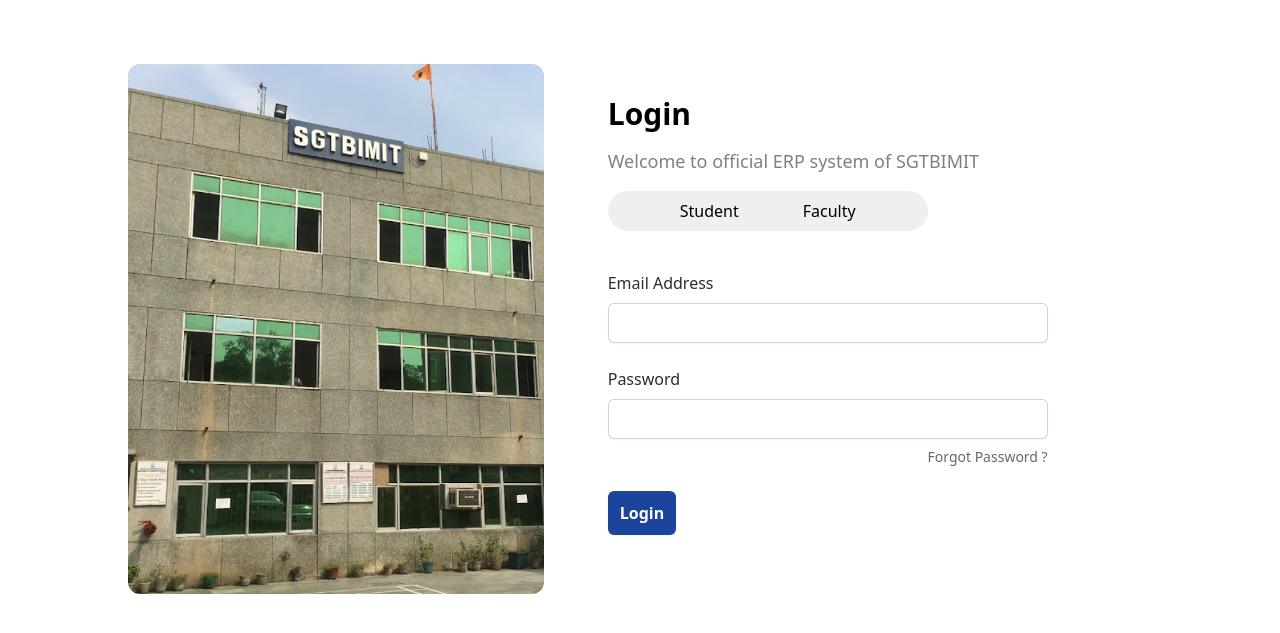
Repository: SehajBindra/SGTBIMIT-ERP-Client
Page: /StudentLogin
An editor plug-in stored every save of this project. The page is shown before and after the next save, followed by the edit.
The browser window is 1280 px wide. The pictures show the whole page.
The project was rebuilt for these pictures with package versions that can differ from the ones it lists, and the page was loaded fresh each time. Also part of the build but not shown: src/LOGIN/Login.js, src/LOGIN/FACULTY/FacultyLogin.js, src/STUDENT_PAGE/StuBody.js, src/STUDENT_PAGE/StuSidebar.js, src/STUDENT_PAGE/StuHeader.js, src/STUDENT_PAGE/StudentHome.js, src/FACULTY_PAGE/FacBody.js, src/FACULTY_PAGE/FacHeader.js and 2 more.

Above is the page before, as saved 2023-05-14 16:45:36.

### src/App.js
import React from 'react';
import { BrowserRouter as Router, Routes, Route } from "react-router-dom";
import './App.css';
import Login from './LOGIN/Login';
import StudentLogin from './LOGIN/STUDENT/StudentLogin';
import FacultyLogin from './LOGIN/FACULTY/FacultyLogin';
import StuBody from './STUDENT_PAGE/StuBody';
import StudentHome from './STUDENT_PAGE/StudentHome';
import StuSidebar from './STUDENT_PAGE/StuSidebar';
import StuHeader from './STUDENT_PAGE/StuHeader';
import FacBody from './FACULTY_PAGE/FacBody';
import FacHeader from './FACULTY_PAGE/FacHeader';
import FacSidebar from './FACULTY_PAGE/FacSidebar';
import FacultyHome from './FACULTY_PAGE/FacultyHome';
function App() {
  return (
    <div className="App">
      <Router>
        <Routes>
        <Route exact path="/" element={<Login />}></Route>
        <Route exact path="StudentLogin" element={<StudentLogin/>}></Route>
        <Route exact path="FacultyLogin" element={<FacultyLogin/>}></Route>
        <Route exact path="StuBody" element={<StuBody/>}></Route>
        <Route exact path="StuSidebar" element={<StuSidebar/>}></Route>
        <Route exact path="StuHeader" element={<StuHeader/>}></Route>
        <Route exact path="StudentHome" element={<StudentHome/>}></Route>
        <Route exact path="FacBody" element={<FacBody/>}></Route>
        <Route exact path="FacHeader" element={<FacHeader/>}></Route>
        <Route exact path="FacSidebar" element={<FacSidebar/>}></Route>
        <Route exact path="FacultyHome" element={<FacultyHome/>}></Route>
        </Routes>
      </Router>
    </div>
  );
}

export default App;

### src/LOGIN/STUDENT/StudentLogin.js
import React, { useEffect, useState } from "react";
import VisibilityIcon from "@mui/icons-material/Visibility";
import VisibilityOffIcon from "@mui/icons-material/VisibilityOff";

const StudentLogin = () => {
  const [translate, setTranslate] = useState(false);
  const [username, setUsername] = useState("");
  const [password, setPassword] = useState("");
  const [showPassword, setShowPassword] = useState(false);
  const [loading] = useState(false);

  useEffect(() => {
    setTimeout(() => {
      setTranslate(true);
    }, 1000);
  }, []);

  return (
    <div className=" flex flex-row h-[530px] my-16 max-w-5xl mx-auto ">
      <div className=" flex-col flex  ">
        <img
          className="hidden md:inline h-[530px] object-cover rounded-xl"
          src="/sgtb.jpg"
          alt="banner_image"
        />
      </div>

      <div className="bg-white text-left flex  ml-16 flex-col my-8">
        <h2 className="text-3xl  font-semibold">Login</h2>
        <p className="text-[#7F8087] text-[18px] my-4">
          Welcome to official ERP system of SGTBIMIT
        </p>

        <div
          className="flex  flex-row items-center  justify-center h-10 text-[#
            1B449C] bg-[#EEEE] max-w-xs  space-x-16 capitalize text-[16px] rounded-[32px]"
        >
          <p>student</p>
          <p className="">faculty</p>
        </div>

        <div>
          <div className="mt-10 text-[16px] capitalize  sm:w-full sm:max-w-sm">
            <form className="space-y-6" action="#" method="POST">
              <div>
                <label className="block text-left  font-normal leading-6 text-[#2D2D2D]">
                  Email address
                </label>
                <div className="mt-2">
                  <input
                    id="email"
                    name="email"
                    type="email"
                    autoComplete="email"
                    required
                    className="block w-[440px] rounded-md border-0 py-2 text-gray-900 shadow-sm ring-1 ring-inset ring-gray-300 placeholder:text-gray-400 focus:ring-2 focus:ring-inset focus:ring-indigo-600 sm:text-sm sm:leading-6"
                  />
                </div>
              </div>

              <div>
                <div className="flex items-center justify-between">
                  <label
                    htmlFor="password"
                    className="block  font-normal leading-6 text-[#2D2D2D]"
                  >
                    Password
                  </label>
                </div>
                <div className="mt-2">
                  <input
                    id="password"
                    name="password"
                    type="password"
                    autoComplete="current-password"
                    required
                    className="block w-[440px] rounded-md border-0 py-2 text-gray-900 shadow-sm ring-1 ring-inset ring-gray-300 placeholder:text-gray-400 focus:ring-2 focus:ring-inset focus:ring-indigo-600 sm:text-sm sm:leading-6"
                  />
                </div>
                <div className="text-sm text-right w-[440px] my-2">
                  <a
                    href="#"
                    className=" font-medium text-black/60 hover:text-black/60"
                  >
                    Forgot password ?
                  </a>
                </div>
              </div>

              <div>
                <button
                  type="submit"
                  className="flex w-38 justify-center rounded-md bg-[#1B449C] px-3 py-2.5 text-[16px] font-semibold leading-6 text-white shadow-sm hover:bg-indigo-500 focus-visible:outline focus-visible:outline-2 focus-visible:outline-offset-2 focus-visible:outline-indigo-600"
                >
                  Login
                </button>
              </div>
            </form>
          </div>
        </div>
      </div>
    </div>
  );
};

export default StudentLogin;

### src/LOGIN/Login.css
*{
    margin: 0;
    padding: 0;
}
.display{
    min-height: 100vh;
    width: 100%;
    background-image: url("back.jpg");
    background-repeat: no-repeat;
    background-size: cover;
    background-position: center;
    position: relative;

}

Loaded but not shown: public/index.html (common file); src/index.js (common file); src/index.css (common file); src/App.css (common file); tailwind.config.js (common file)

After the next save:
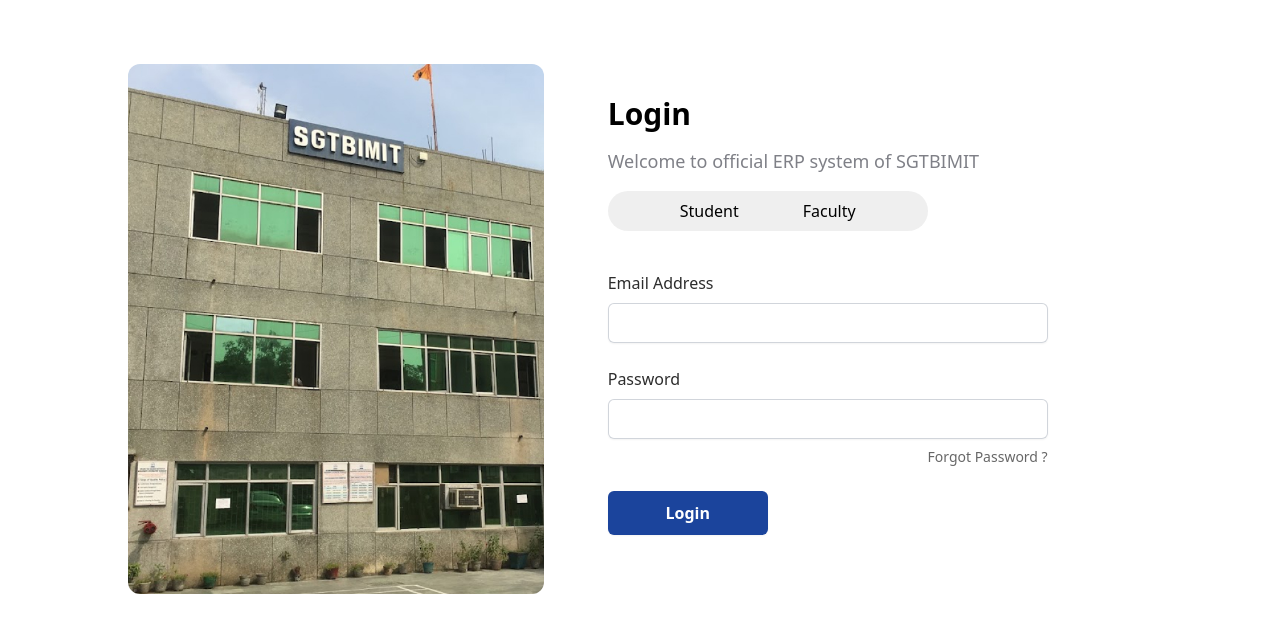
Saved 6 s later.
--- a/src/LOGIN/STUDENT/StudentLogin.js
+++ b/src/LOGIN/STUDENT/StudentLogin.js
@@ -90,7 +90,7 @@
               <div>
                 <button
                   type="submit"
-                  className="flex w-38 justify-center rounded-md bg-[#1B449C] px-3 py-2.5 text-[16px] font-semibold leading-6 text-white shadow-sm hover:bg-indigo-500 focus-visible:outline focus-visible:outline-2 focus-visible:outline-offset-2 focus-visible:outline-indigo-600"
+                  className="flex w-40 justify-center rounded-md bg-[#1B449C] px-3 py-2.5 text-[16px] font-semibold leading-6 text-white shadow-sm hover:bg-indigo-500 focus-visible:outline focus-visible:outline-2 focus-visible:outline-offset-2 focus-visible:outline-indigo-600"
                 >
                   Login
                 </button>
